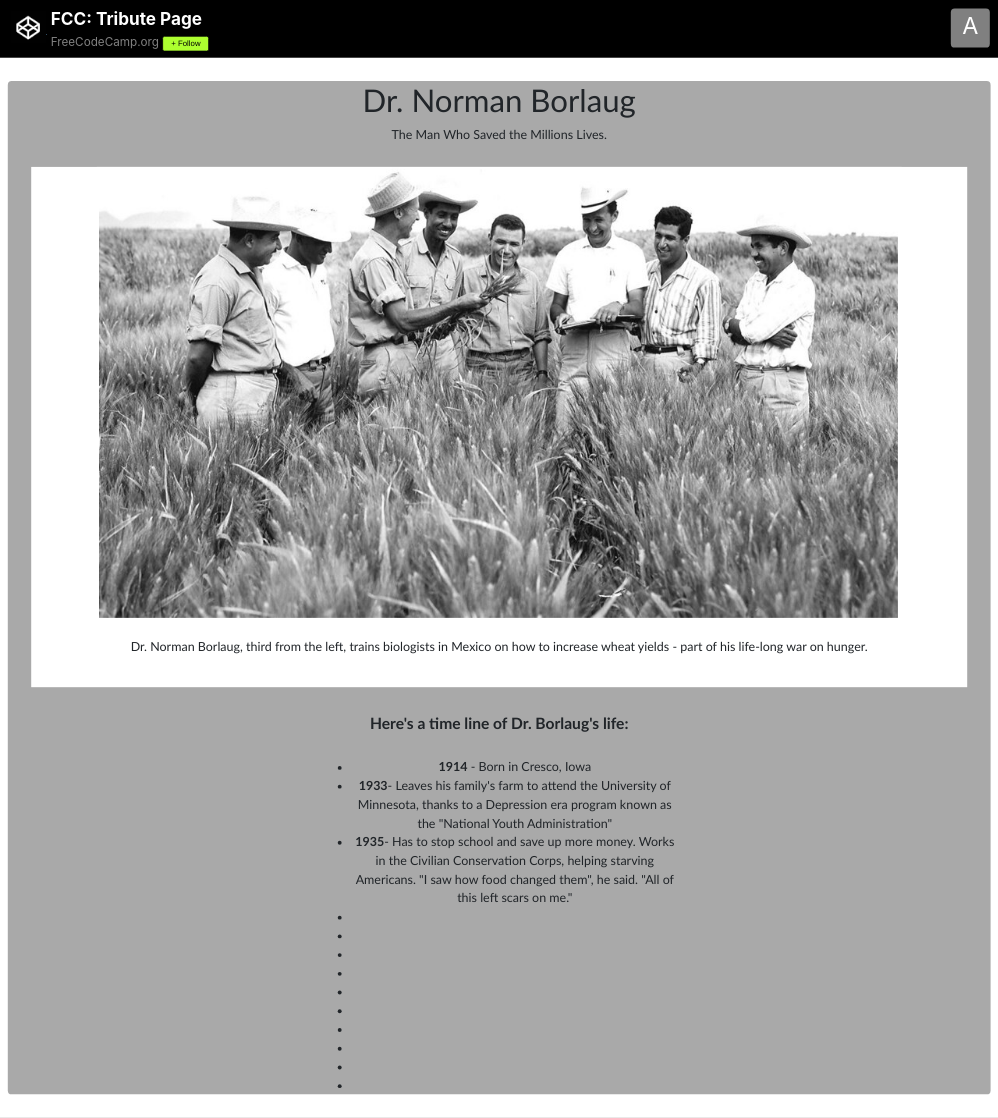
Repository: AbdulWahabRaza123/tributePage
Page: index.html
These files come from the project's save history. The page is drawn as it stood at one moment and after the next save; the edit follows.
The browser window is 1280 px wide. The pictures show the whole page, at 78% of full size.

Above is the page before, as saved 2021-09-02 16:49:30.

After the next save:
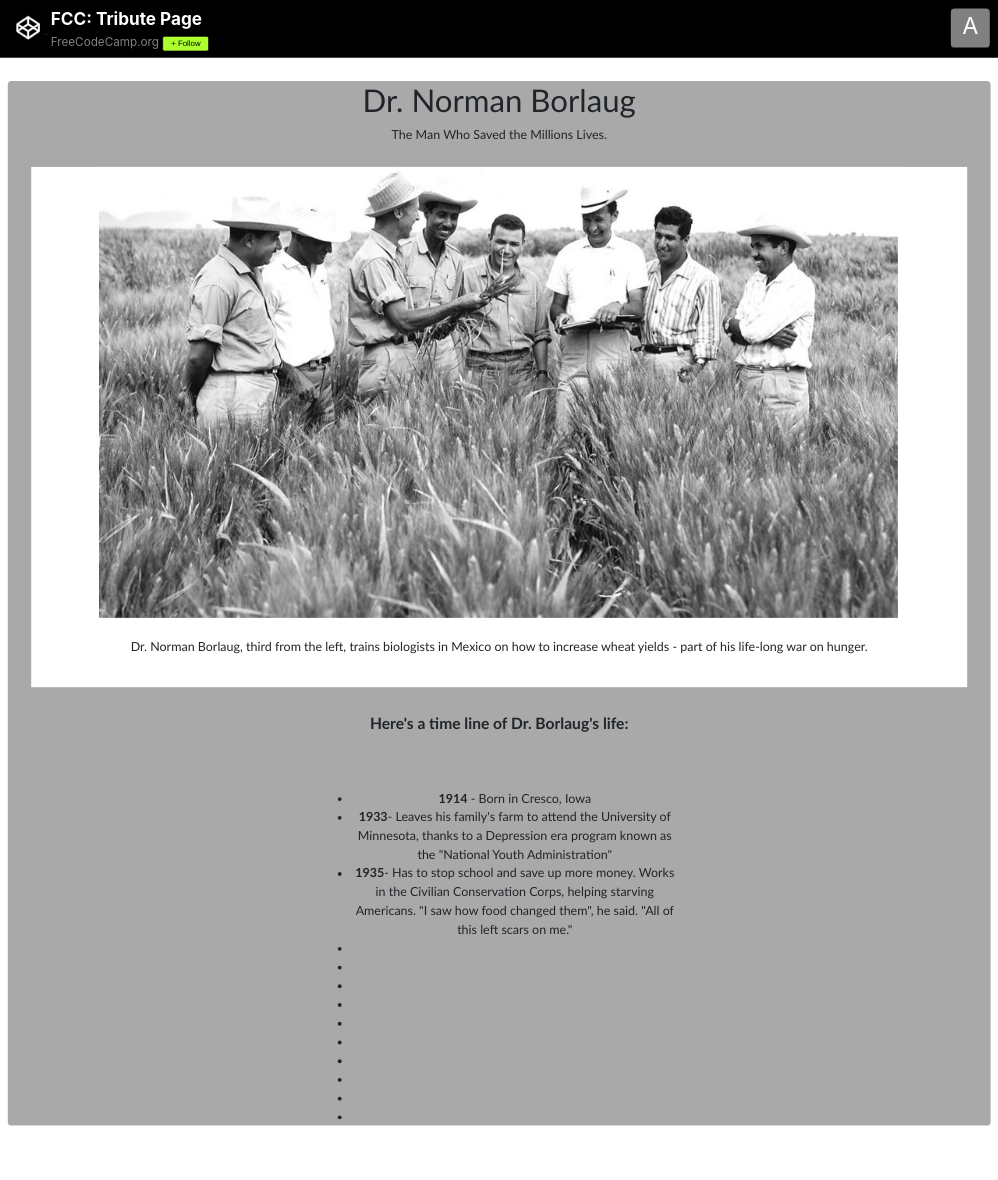
Saved 8 s later.
--- a/new.css
+++ b/new.css
@@ -91,7 +91,7 @@
 }
 
 #Lists {
-    margin: 30px;
+    margin: 70px;
     margin-left: 400px;
     margin-right: 400px;
 }
